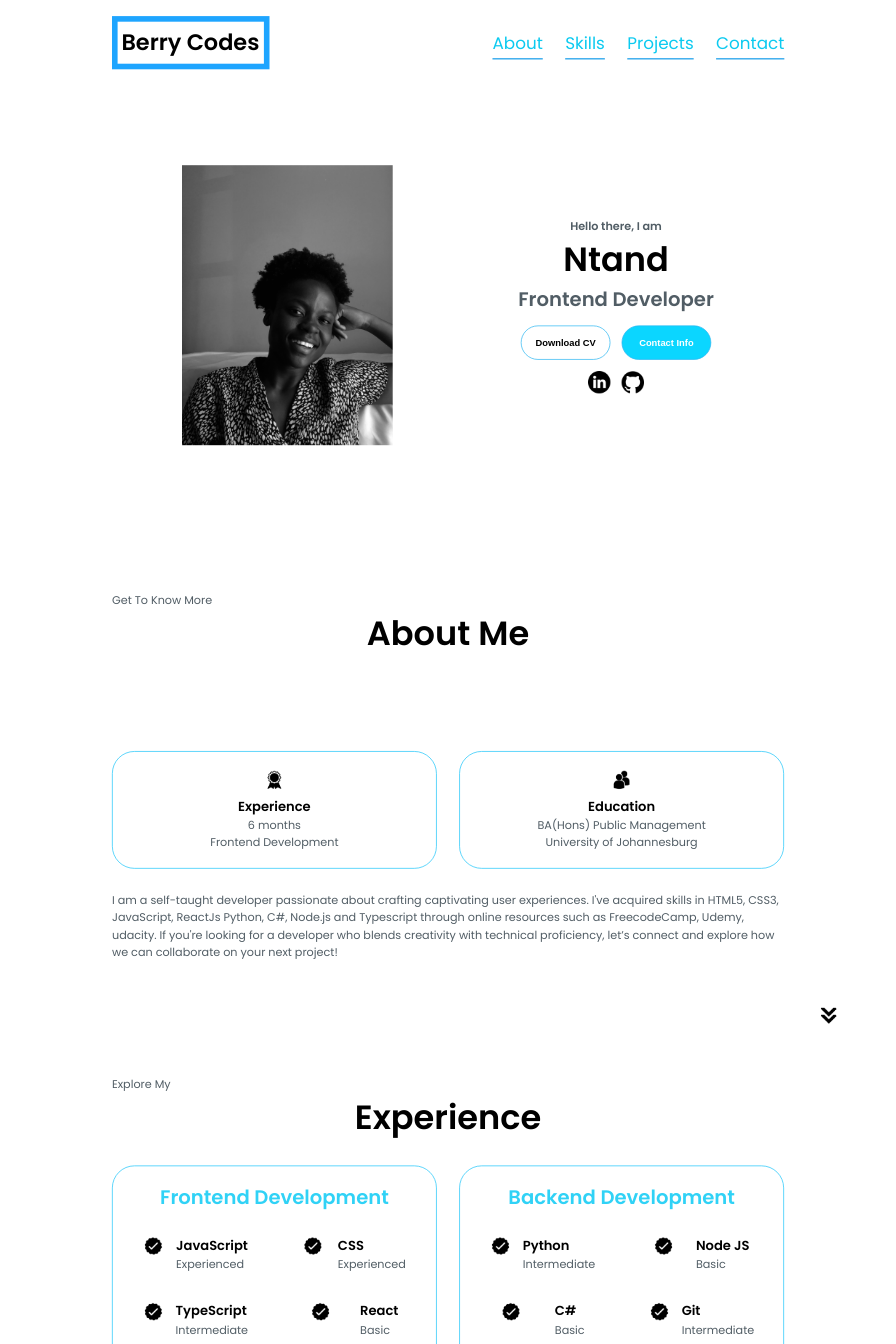
Repository: ntandomagana/FS-Dev-Portfolio
Page: index.html
These files come from the project's save history. The page is drawn as it stood at one moment and after the next save; the edit follows.
The browser window is 1280 px wide. The pictures show the part of the page from y = 0 to 1920 px (the page is 3177 px tall), at 70% of full size.

Above is the page before, as saved 2024-05-06 11:36:24.

After the next save:
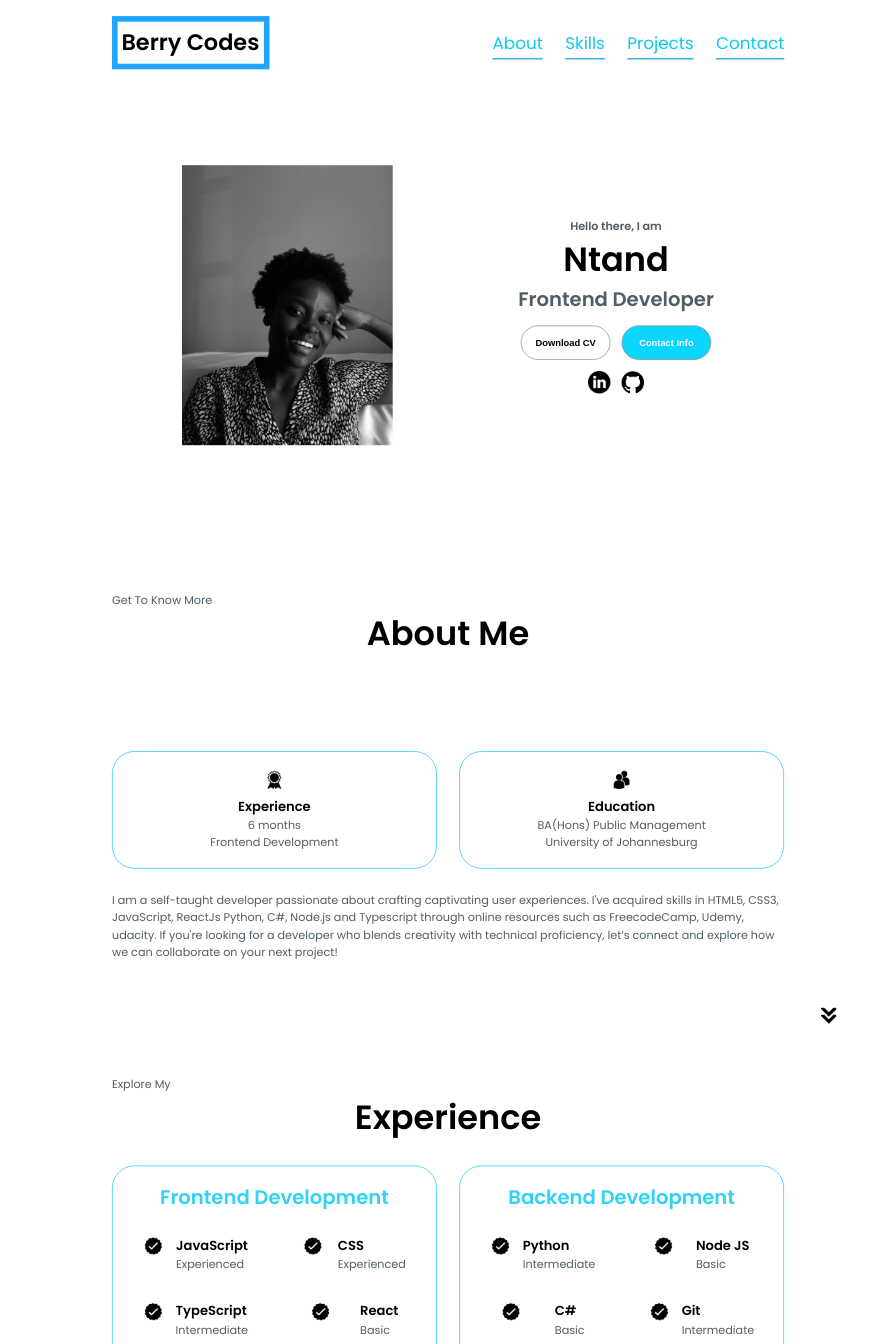
Saved 16 s later.
--- a/style.css
+++ b/style.css
@@ -216,7 +216,7 @@
 
 .btn-color-1,
 .btn-color-2 {
-  border: rgb(43, 182, 241) 0.1rem solid;
+  border: rgb(128, 142, 147) 0.1rem solid;
 }
 
 .btn-color-1:hover,
